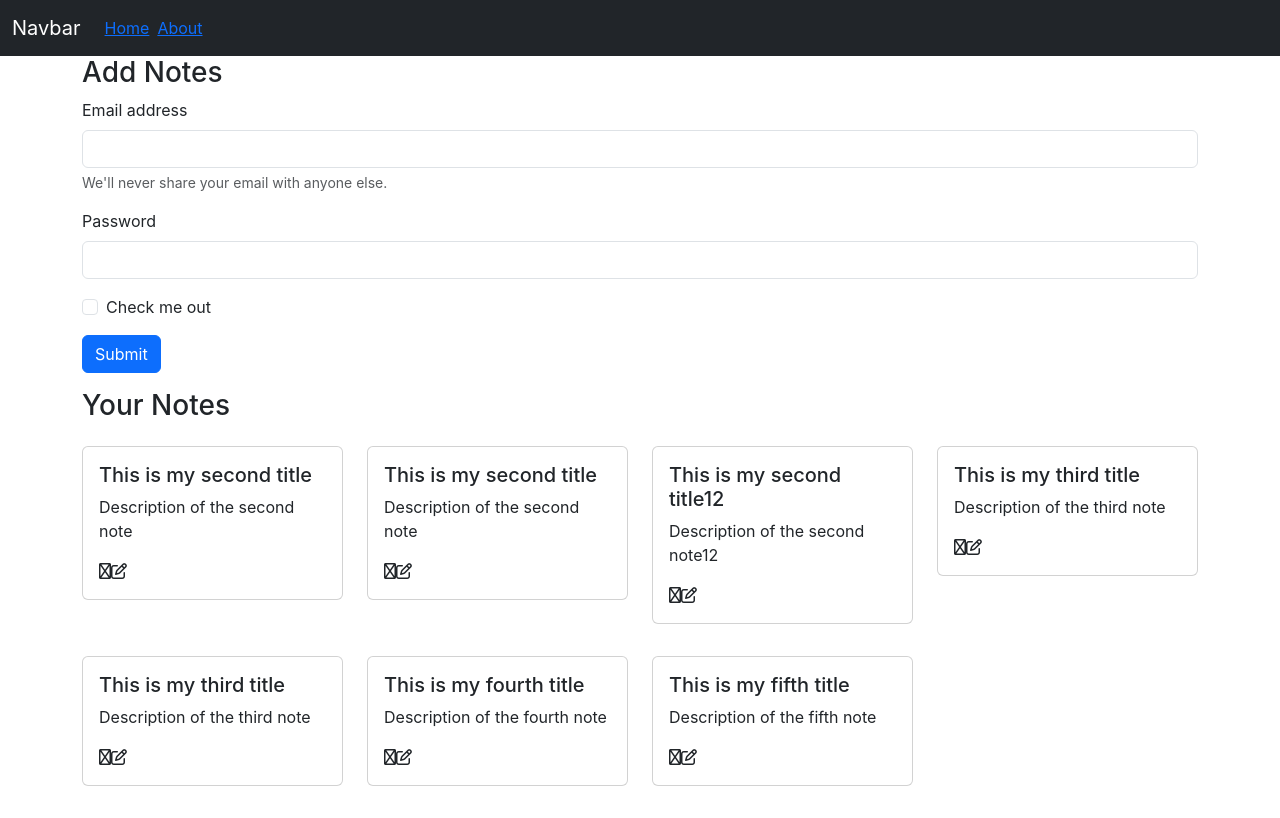
Repository: alphacode77/DailyNotes-react
Page: /
The author's editor kept a copy of each file at every save. The page is drawn from the files as they stood at one save, then again after the next save.
The browser window is 1280 px wide. The pictures show the whole page.
Some icons come from a web library that is not loaded, so they are not drawn. Some web libraries are served in a nearby version. The project was rebuilt for these pictures with package versions that can differ from the ones it lists, and the page was loaded fresh each time. Also part of the build but not shown: src/App.css, src/components/About.js.

Above is the page before, as saved 2023-02-28 17:00:28.

After the next save:
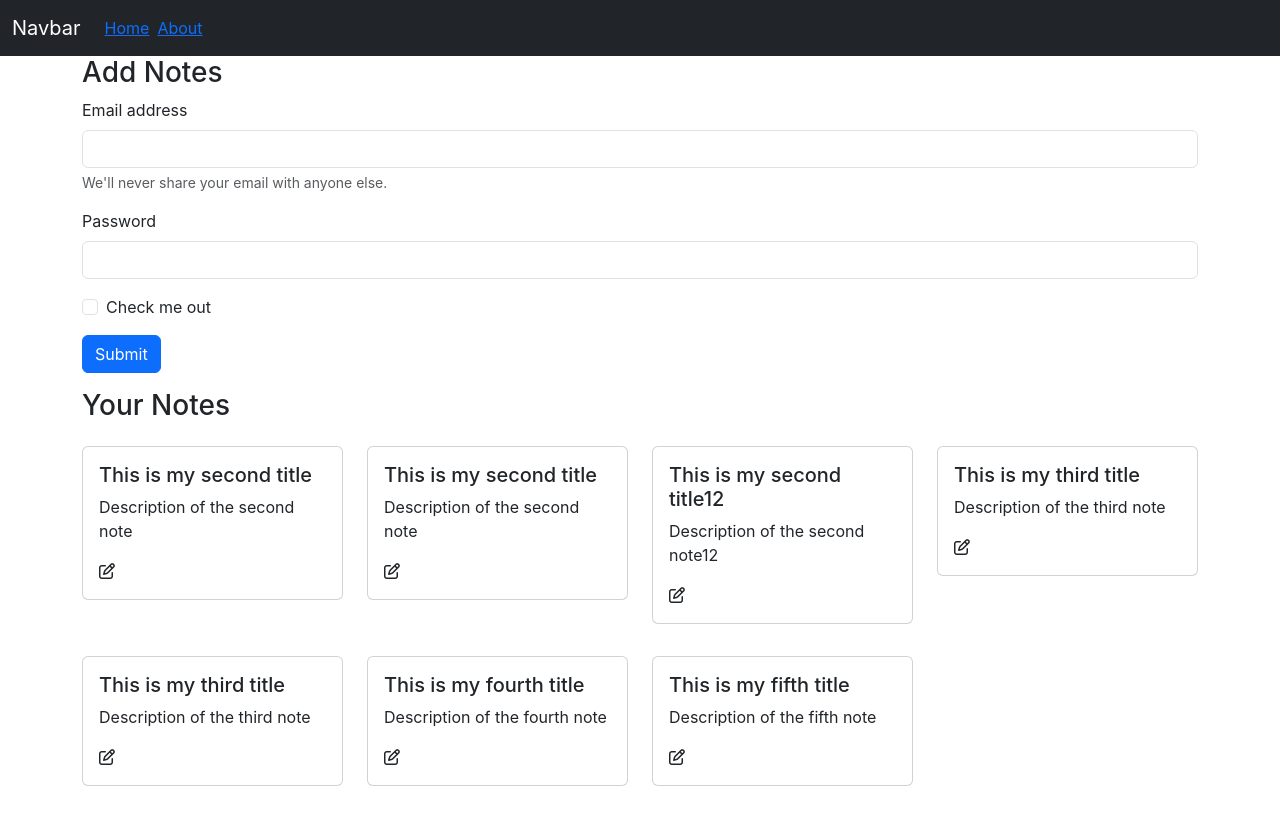
Saved 24 s later.
--- a/src/components/Noteitem.js
+++ b/src/components/Noteitem.js
@@ -11,7 +11,6 @@
           <div className="card-body">
             <h5 className="card-title">{note.title}</h5>
             <p className="card-text">{note.description}</p>
-            <i class="fa-sharp fa-regular fa-trash"></i>
             <i class="fa-solid fa-trash-can-xmark"></i>
           <i class="fa-regular fa-pen-to-square"></i>
           </div>

After the 2 saves that followed:
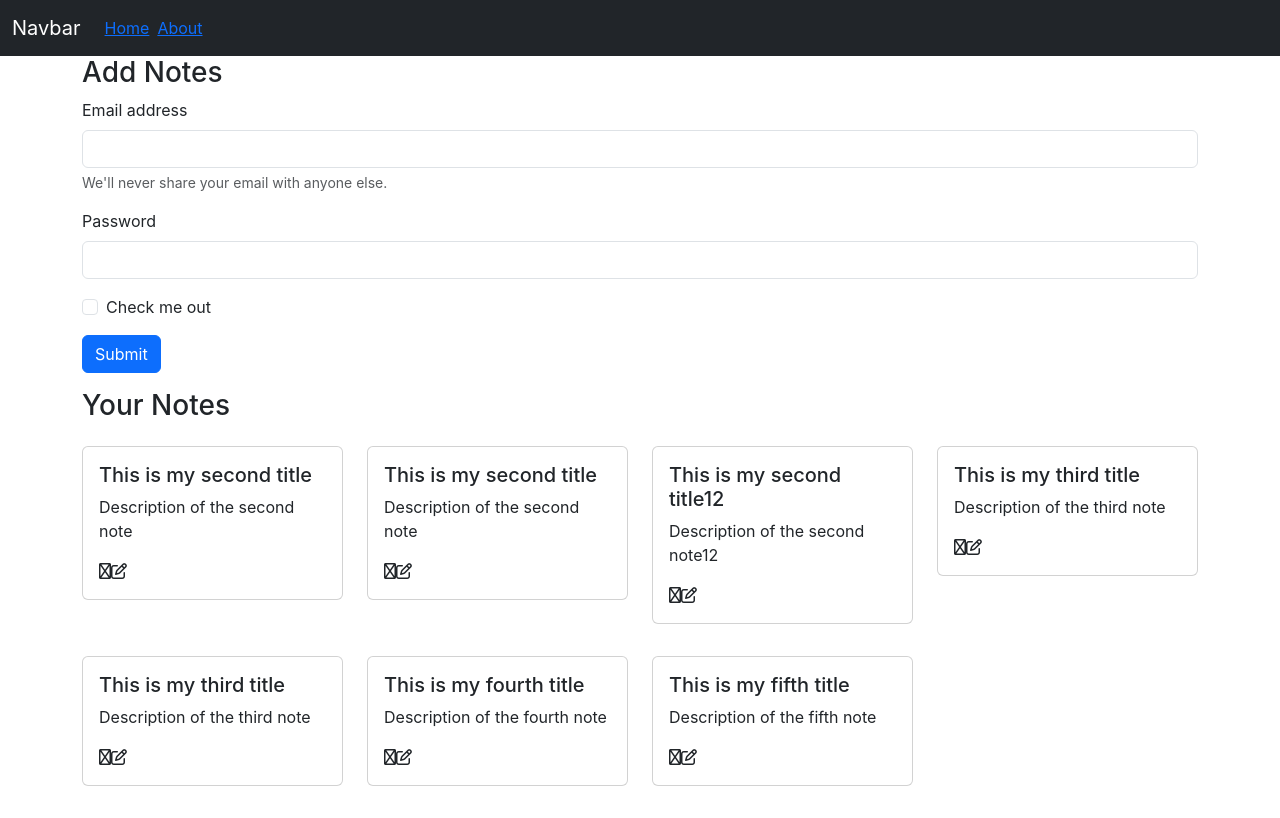
The 2 saves are shown as one change because 1 left the picture as it was.
The last was saved 91 s later.
--- a/src/components/Noteitem.js
+++ b/src/components/Noteitem.js
@@ -11,8 +11,9 @@
           <div className="card-body">
             <h5 className="card-title">{note.title}</h5>
             <p className="card-text">{note.description}</p>
-            <i class="fa-solid fa-trash-can-xmark"></i>
+            <i class="fa-sharp fa-regular fa-trash"></i>
           <i class="fa-regular fa-pen-to-square"></i>
+
           </div>
         </div>
       </div>
